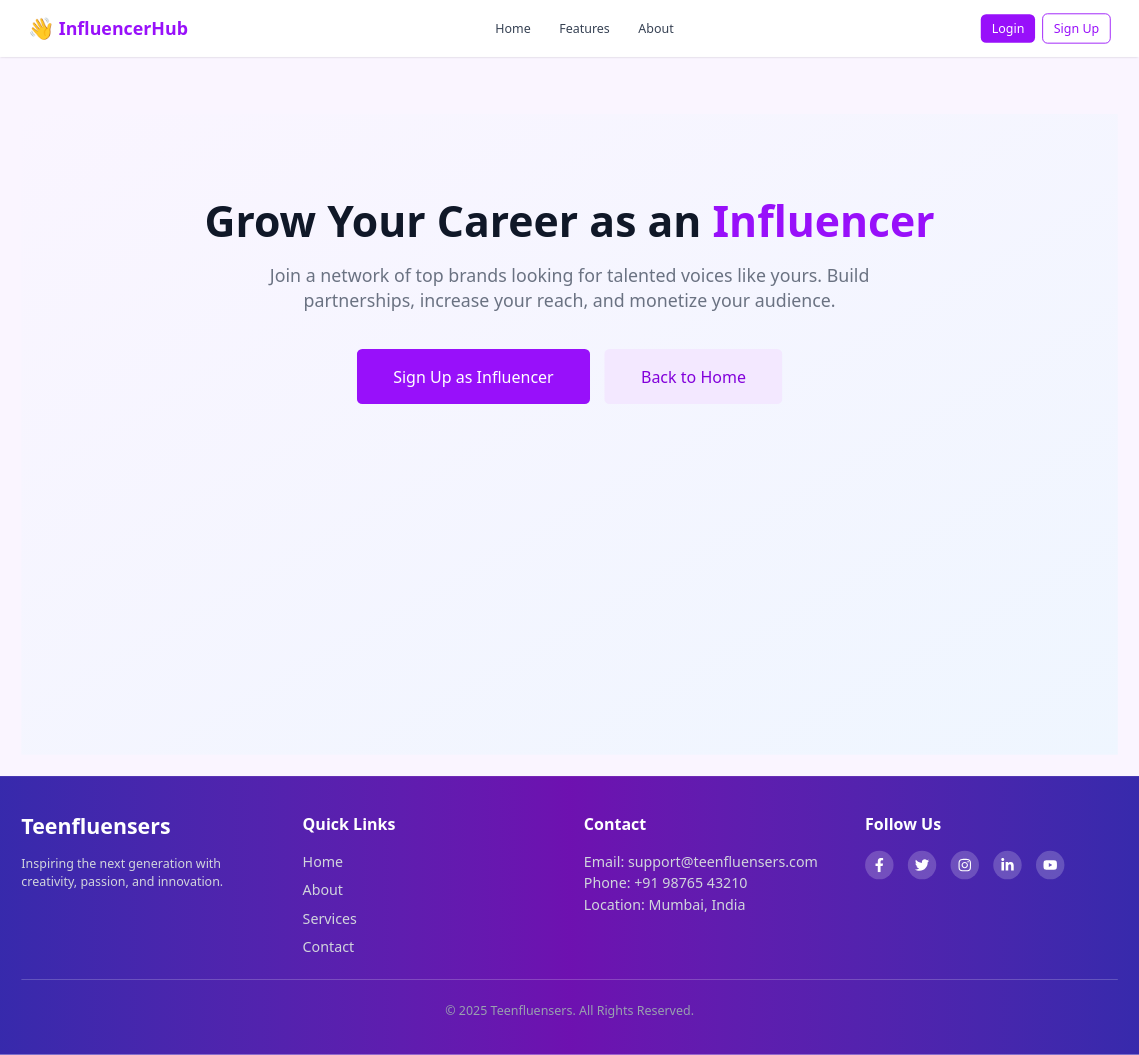
Repository: dhanbyte/teenfluencer
Page: /influencerhome
The author's editor kept a copy of each file at every save. The page is drawn from the files as they stood at one save, then again after the next save.
The browser window is 1280 px wide. The pictures show the whole page, at 89% of full size.
The page's requests for data from a server got no answer. The project was rebuilt for these pictures with package versions that can differ from the ones it lists, and the page was loaded fresh each time. Some packages were replaced by stand-ins written for this rebuild. The framework's server and built-in components were replaced by stand-ins that run in the browser. No one was signed in, and anything a server would have sent is missing. Also part of the build but not shown: next.config.ts.

Above is the page before, as saved 2025-08-13 14:32:03.

After the next save:
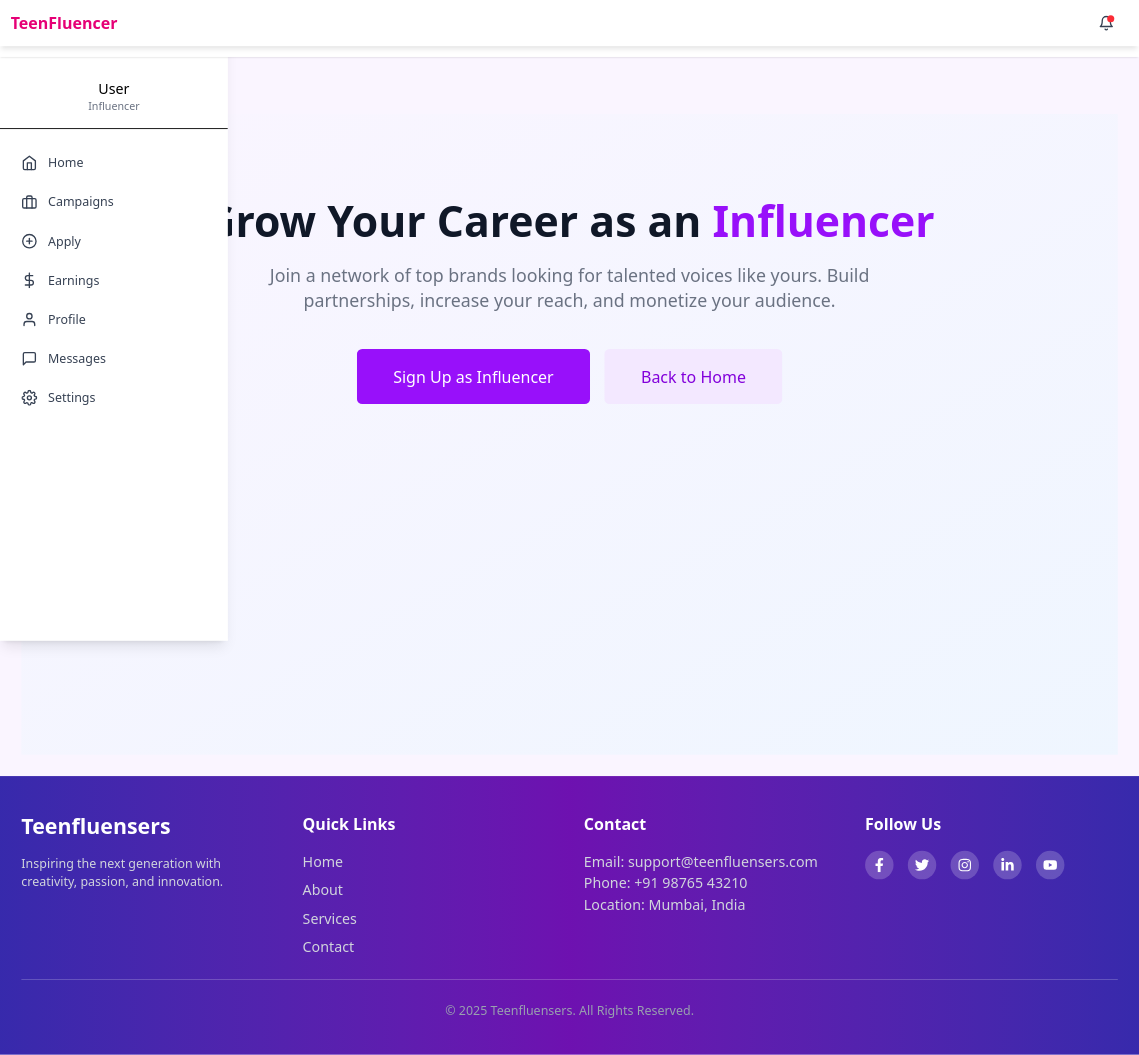
Saved 9 s later.
--- a/app/(influencer)/layout.tsx
+++ b/app/(influencer)/layout.tsx
@@ -1,12 +1,14 @@
 import React from "react";
 import { ClerkProvider } from "@clerk/nextjs";
 import "../(public)/globals.css";
+import InfluencerNavbar from "@/Components/(Infuencer)/influencerNavbar";
 
 export default function InfluencerLayout({ children }: { children: React.ReactNode }) {
   return (
     <ClerkProvider>
       <html lang="en">
         <body className="min-h-screen flex flex-col bg-purple-50">
+          <InfluencerNavbar />
           <main className="flex-1 pt-16 p-6"> {/* Added pt-16 to account for fixed navbar height */}
             {children}
           </main>
